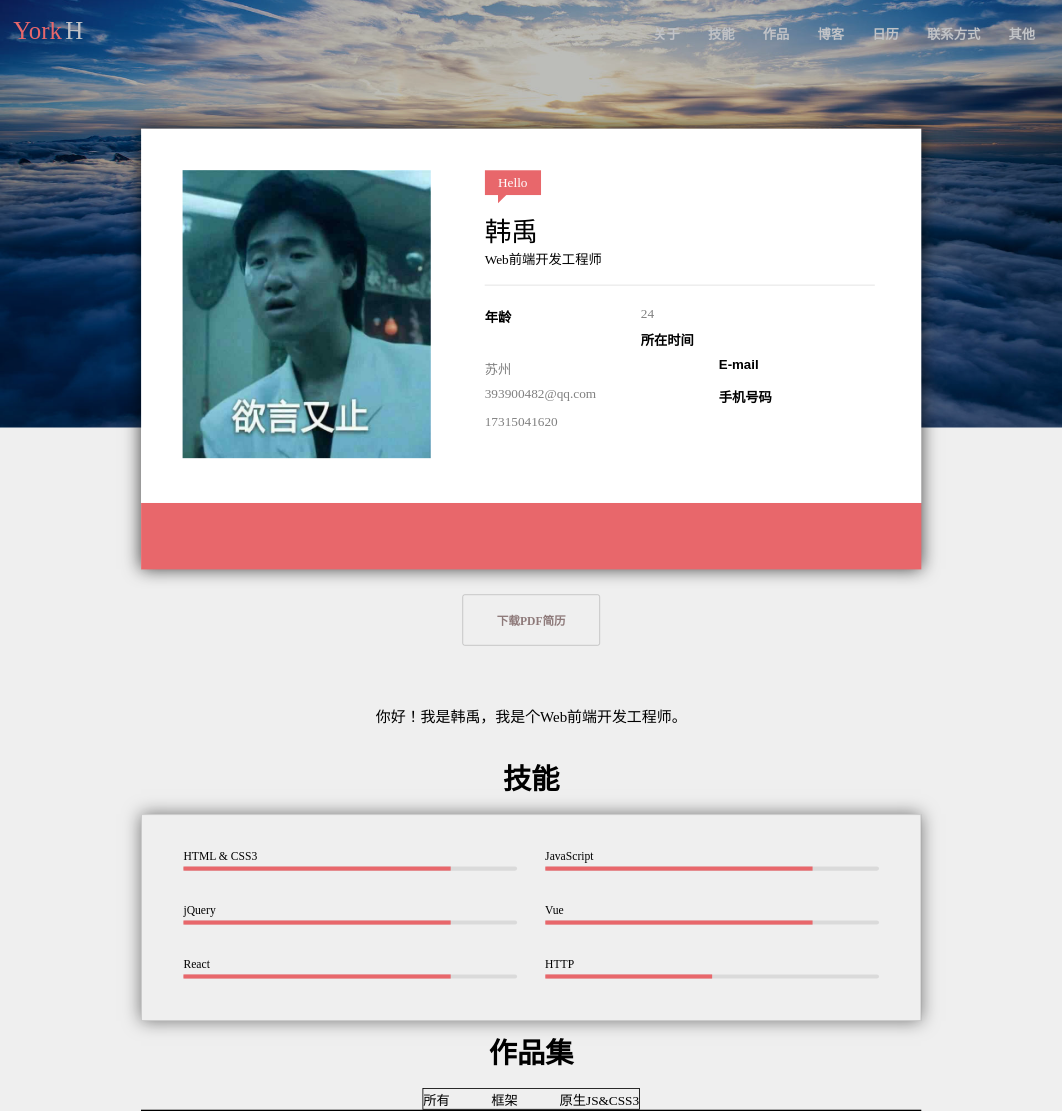
Repository: yorkHan/resume
Page: index.html
These files come from the project's save history. The page is drawn as it stood at one moment and after a run of saves; the edit follows.
The browser window is 1280 px wide. The pictures show the whole page, at 83% of full size.

Above is the page before, as saved 2018-04-10 13:27:28.

### index.html
<!DOCTYPE html>
<html lang="en">
<head>
    <meta charset="UTF-8">
    <meta name="viewport" content="width=device-width, initial-scale=1.0">
    <meta http-equiv="X-UA-Compatible" content="ie=edge">
    <title>Document</title>
    <link rel="stylesheet" href="./1.css">
    <script src="//at.alicdn.com/t/font_621912_9r2kl0u76xzb0529.js"></script>
    <style type="text/css">
        .icon {
           width: 1em; height: 1em;
           vertical-align: -0.15em;
           fill: currentColor;
           overflow: hidden;
        }
    </style>
</head>
<body>
    <div class="topNavBar clearfix">
        <div class="topNavBar-inner clearfix">
            <a class="logo" href="#" alt="logo" style="float:left;">
                <span class="rs">York</span><span class="card">H</span>
            </a>
            <nav>
                <ul class="clearfix" style="float: right;">
                    <li><a href="#">关于</a></li>
                    <li><a href="#">技能</a></li>
                    <li><a href="#">作品</a></li>
                    <li><a href="#">博客</a></li>
                    <li><a href="#">日历</a></li>
                    <li><a href="#">联系方式</a></li>
                    <li><a href="#">其他</a></li>
                </ul>
            </nav>
        </div>
    </div>
    <div class="banner" style="background-image: url(./images/3.jpg)">
        <div class="mask"></div>
    </div>
    <main>
        <div class="usercard">
            <div class="textAndPicture clearfix">
                <div class="pic">
                    <img src="./images/avatar.png" style="width:299px;height:347px" alt="头像">
                </div>
                <div class="text">
                    <div class="profile">
                    <span class="welcome">Hello
                        <span class="triangle"></span>
                    </span>
                    <h1>韩禹</h1>
                    <p>Web前端开发工程师</p>
                    <hr>
                    <dl>
                        <dt>年龄</dt>
                        <dd>24</dd>
                        <dt>所在时间</dt>
                        <dd>苏州</dd>
                        <dt>E-mail</dt>
                        <dd>393900482@qq.com</dd>
                        <dt>手机号码</dt>
                        <dd>17315041620</dd>
                    </dl>
                </div>
                </div>
            </div>
            <footer class="media">
                <a href="#">
                    <svg class="icon" aria-hidden="true">
                        <use xlink:href="#icon-github"></use>
                    </svg>
                </a>
                <a href="#">
                    <svg class="icon" aria-hidden="true">
                        <use xlink:href="#icon-dianhua"></use>
                    </svg>
                </a>
                <a href="#">
                    <svg class="icon" aria-hidden="true">
                        <use xlink:href="#icon-youjian"></use>
                    </svg>
                </a>
                <a href="#">
                    <svg class="icon" aria-hidden="true">
                        <use xlink:href="#icon-hexo"></use>
                    </svg>
                </a>
                <a href="#">
                    <svg class="icon" aria-hidden="true">
                        <use xlink:href="#icon-msnui-logo-qq"></use>
                     </svg>
                </a>
                <a href="#">
                    <svg class="icon" aria-hidden="true">
                        <use xlink:href="#icon-gongzhonghao"></use>
                    </svg>
                </a>
                <a href="#">
                    <svg class="icon" aria-hidden="true">
                        <use xlink:href="#icon-weibo"></use>
                    </svg>
                </a>
            </footer>
        </div>
        <p style="text-align: center;">
            <a class="downloadResume" href="./resume.pdf" target="_blank" download>下载PDF简历</a>
        </p>
        <p class="selfIntroduction">
            你好！我是韩禹，我是个Web前端开发工程师。
        </p>
    </main>
    <section class="skills">
        <h2>技能</h2>
        <ol class="clearfix">
            <li>
                <h3>HTML &amp; CSS3</h3>
                <div class="progressBar">
                    <div class="progress" style="width:80%">
                    </div>
                </div>
            </li>
            <li>
                <h3>JavaScript</h3>
                <div class="progressBar">
                        <div class="progress" style="width:80%">
                        </div>
                    </div>
            </li>
            <li>
                <h3>jQuery</h3>
                <div class="progressBar">
                    <div class="progress"style="width:80%">
                    </div>
                </div>
            </li>
            <li>
                <h3> Vue</h3>
                <div class="progressBar">
                    <div class="progress" style="width:80%">
                    </div>
                </div>
            </li>
            <li>
                <h3>React</h3>
                <div class="progressBar">
                    <div class="progress"style="width:80%">
                    </div>
                </div>
            </li>
            <li>
                <h3> HTTP</h3>
                <div class="progressBar">
                    <div class="progress"style="width:50%">
                    </div>
                </div>
            </li>
        </ol>
    </section>
    <section  class="portfolio">
        <h2>作品集</h2>
        <nav>
            <ol class="clearfix">
                <li>所有</li>
                <li>框架</li>
                <li>原生JS&amp;CSS3</li>
            </ol>
            <div class="bar">
                <div class=""></div>
            </div>
        </nav>
        <div class="jobs">
            <div class="big"></div>
            <div class='small'></div>
            <div class="small"></div>
        </div>
    </section>
</body>
</html>

### 1.css
body{
    background-color: #EFEFEF;
    margin: 0;
}
*{
    margin: 0;
    padding: 0;
}
h1,h2,h3,h4,h5,h6{
    font-weight: normal;
}
a{
    color: inherit;
    text-decoration: none;
}
.clearfix::after{
    content: '';
    display: block;
    clear: both;
}
.topNavBar{
    padding: 20px 0px 20px 0px;
    position: fixed;
    top:0;
    left:0;
    width:100%;
}
.topNavBar-inner{
    padding: 0 16px;
}
.topNavBar nav>ul{
    list-style: none;
    margin: 0;
    padding: 0;
}
.topNavBar nav>ul>li{
    float: left;

}
.topNavBar nav>ul>li>a{
    display: block;
    font-size: 16px;
    font-weight: bold;
    color:#c1c3c7;
    margin-left: 17px;
    margin-right: 17px;
    padding-top: 5px;
    padding-bottom: 5px;
    border-top:3px solid transparent;
    border-bottom:3px solid transparent;
}
.topNavBar nav>ul>li>a:hover{
    border-bottom:3px solid #E8676B;
}
.topNavBar .logo{
    font-family: "Arial Rounded MT Bold";
    font-size: 30px;
}
.topNavBar .logo .rs{
    margin-right: 4px;
    color:#E8676B;
}
.topNavBar .logo .card {
    color:#c1c3c7;
}
.banner{
    height: 515px;
    background-position: center center;
    background-size:cover;
}
.banner .mask{
    height: 515px;
    background-color: rgba(0, 0, 0, 0.26);
}
.usercard{
    max-width: 940px;
    margin-left: auto;
    margin-right: auto;
    margin-top: -360px;
    box-shadow: 0px 0px 20px 0px rgba(0,0,0,0.75);
}
.text .welcome{
    padding: 4px 16px;
    line-height: 22px;
    display: inline-block;
    background-color: #E8676B;
    color: white;
    position: relative;
}
.text h1{
    margin-top:18px;
    font-family: sans-serif;
}
hr{
    height: 0;
    border:none;
    border-top: 1px solid #DEDEDE;
}

.triangle{
    display: block;
    border: 10px solid transparent;
    width: 0;
    border-left-color:#E8676B;
    border-top:0;
    position: absolute;
    top:100%;
}
.usercard .pic{
    float: left;
}
.usercard .text{
    float: left;
    margin-left: 65px;
    width: 470px;
}
.usercard .text hr{
    margin: 20px 0px;
}
.usercard footer.media {
    background: #E8676B;
    padding: 20px;
    text-align: center;
}
.usercard footer.media>a {
    display: inline-block;
    border-radius: 50%;
    width: 40px;
    line-height: 20px;
    padding: 10px 0;
    margin: 0 20px;
}
.usercard footer.media>a:hover{
    background: rgb(223, 51, 56);
}
.usercard svg{
    width: 20px;
    height: 20px;
    fill: white;
    vertical-align: top;
}
.textAndPicture{
    background-color: #FFF;
    padding: 50px;
}
.usercard dl dt{
    float: left;
    width: 40%;
    padding: 5px 0;
    font-weight: bold;
    font-family: sans-serif;
}
.usercard dl dd{
    float: left;
    width: 60%;
    padding: 5px 0;
    color: gray;
}
body>main .downloadResume{
    display: inline-block;
    border: 1px solid rgba(128, 128, 128, 0.438);
    padding: 20px 40px;
    margin: 30px 0;
    border-radius: 3px;
    color: rgba(71, 37, 37, 0.575);
    font-size: 14px;
    font-weight: bold;
    transition: box-shadow 0.2s;
}
body>main .downloadResume:hover{
    box-shadow: 0px 5px 10px -1px rgba(0,0,0,0.5);}
.selfIntroduction{
    max-width: 940px;
    margin: 40px auto;
    text-align: center;
    font-family: WenQuanYi Micro Hei Mono;
    line-height: 1.8;
    font-size: 18px;
}
section.skills{
    max-width: 940px;
    margin-left: auto;
    margin-right: auto;
}
section.portfolio>h2,
section.skills>h2{
    font-size:34px;
    line-height: 1.2;
    font-weight:600;
    text-align: center;
    margin: 20px 0px;
}
section.skills h3{
    font-size: 14px;
}
section.skills>ol{
    box-shadow: 0px 0px 20px 0px rgba(0, 0, 0, 0.514);
    list-style: none;
    border: 1px solid rgba(128, 128, 128, 0.397);
    padding: 42px 50px 10px 50px;
}
section.skills>ol>li{
    float: left;
    width: 48%;
    box-sizing: border-box;
}
section.skills>ol>li:nth-child(even){
    float: right;
}
section.skills .progressBar{
    height: 5px;
    background-color: rgba(128, 128, 128, 0.192);
    border-radius: 3px;
    margin: 4px 0 40px 0;
}
section.skills .progressBar .progress{
    height: 100%;
    width: 50%;
    background-color: #E8676B;
}
section.portfolio{
    max-width: 940px;
    margin-left: auto;
    margin-right: auto;
    text-align: center;

}
section.portfolio ol>li{
    float: left;
    margin-right: 50px;
}
section.portfolio ol>li:last-child{
    margin-right: 0px;
}
section.portfolio>nav{
    text-align: center;
}
section.portfolio ol{
    display: inline-block;
    vertical-align: top;
    border: 1px solid black;
    list-style: none;
}
section.portfolio>nav .bar{
    border: 1px solid black;
}

After the next 6 saves:
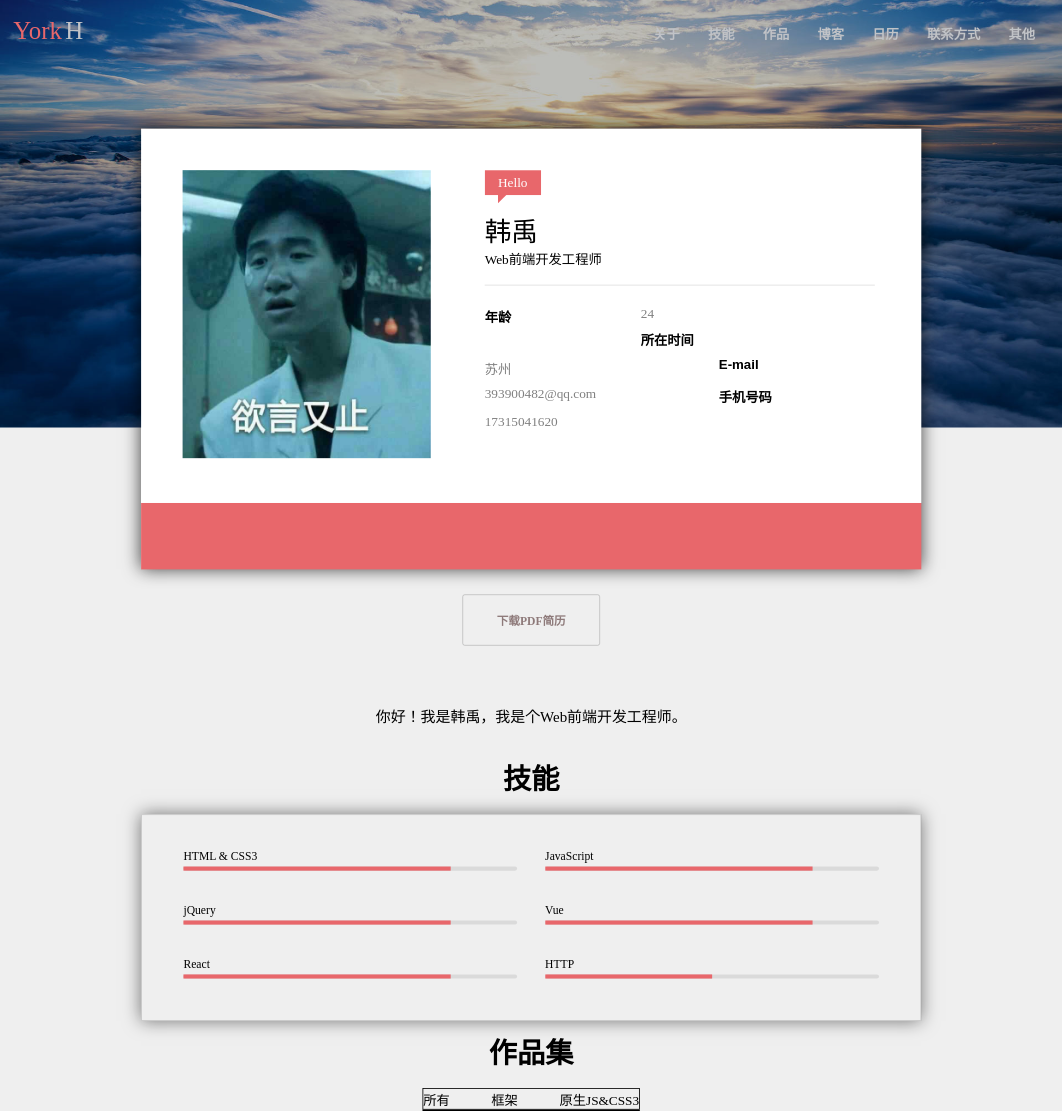
The 6 saves are shown as one change because they came seconds apart.
The last was saved 19 s later.
--- a/1.css
+++ b/1.css
@@ -233,7 +233,7 @@ section.portfolio ol>li:last-child{
     margin-right: 0px;
 }
 section.portfolio>nav{
-    text-align: center;
+    display:inline-block;
 }
 section.portfolio ol{
     display: inline-block;
